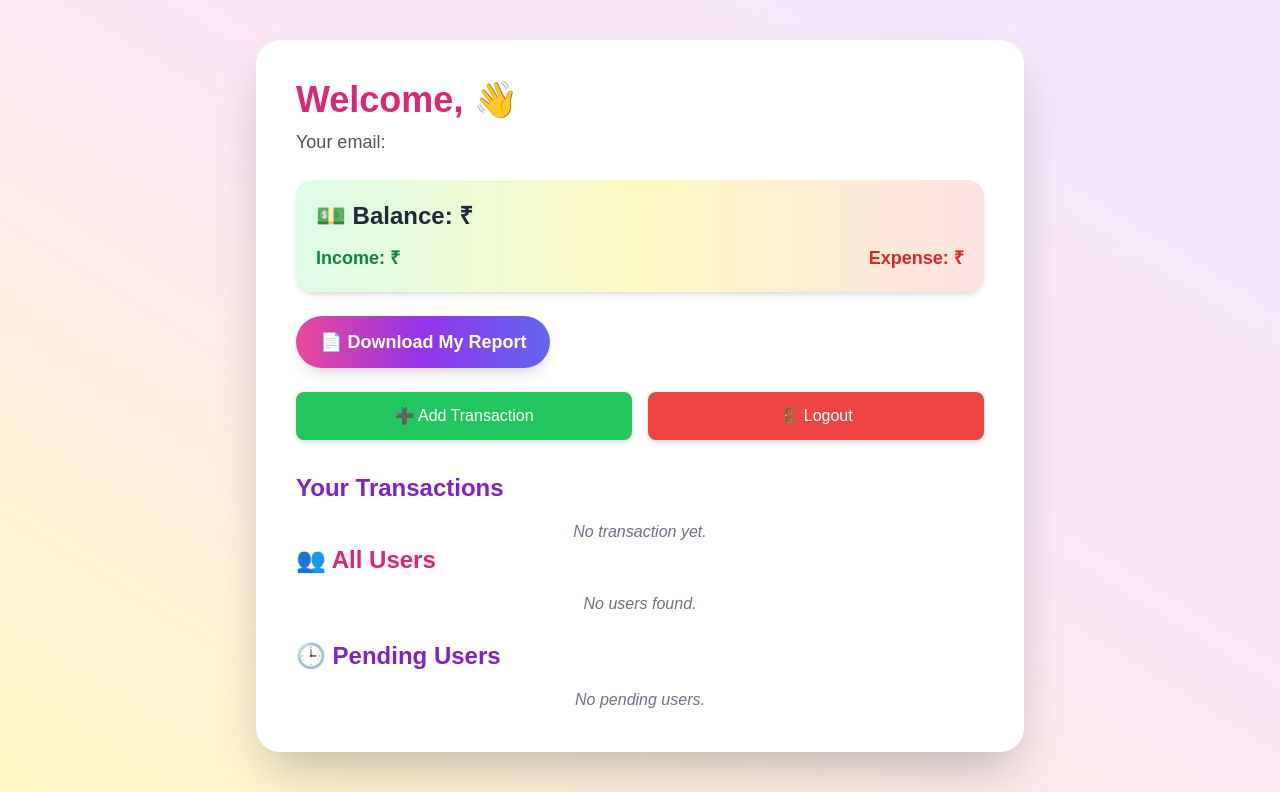
Repository: student-samratojha/ExpenseTrackerApp
Page: views/adminDash.ejs
An editor plug-in stored every save of this project. The page is shown before and after the next save, followed by the edit.
The browser window is 1280 px wide. The pictures show the whole page.
Some web libraries are served in a nearby version. The page is served by the project's Node server (app.js). The template is opened directly, without the code that normally fills it, so the values that code supplies are empty.

Above is the page before, as saved 2025-10-15 18:10:07.

After the next save:
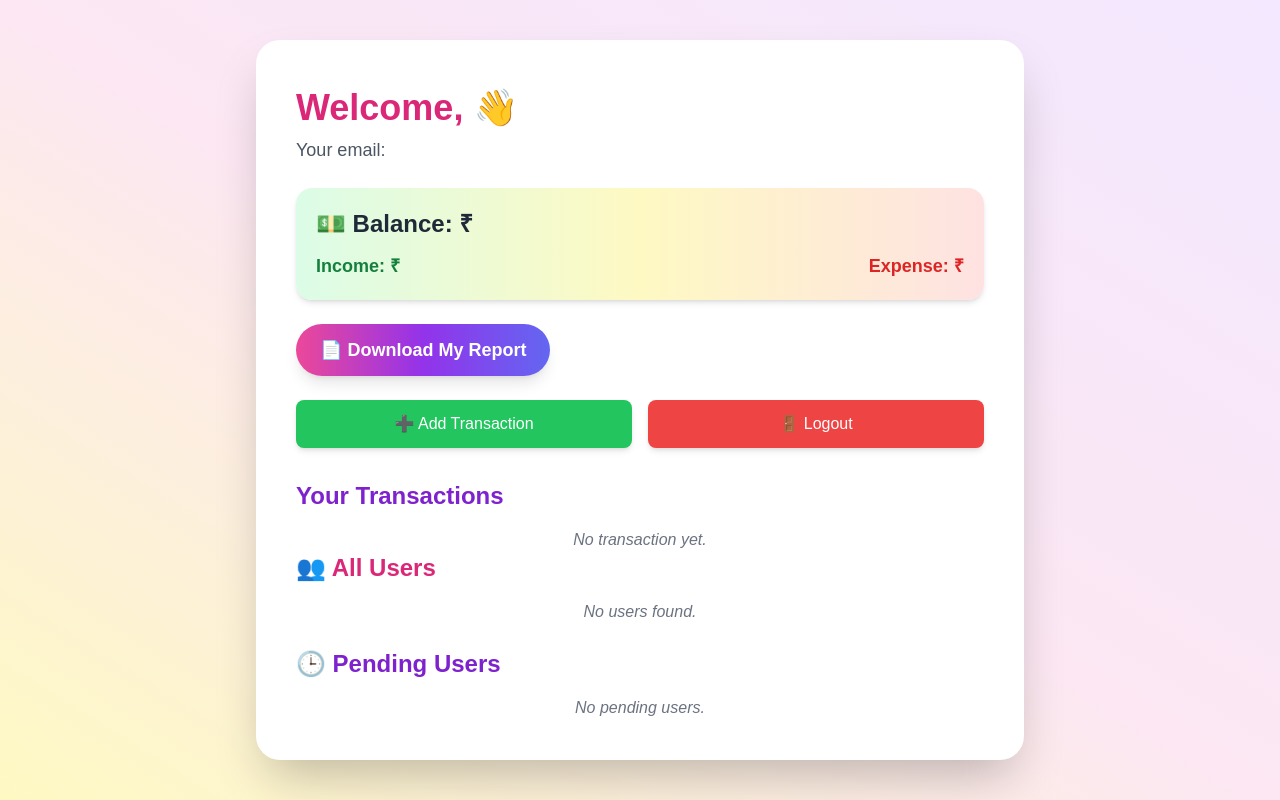
Saved 7 s later.
--- a/views/adminDash.ejs
+++ b/views/adminDash.ejs
@@ -19,7 +19,7 @@
     <div
       class="max-w-full sm:max-w-xl md:max-w-3xl mx-auto bg-white rounded-3xl shadow-2xl p-6 sm:p-8 md:p-10"
     >
-
+    <h2 class="text-3xl sm:text-4xl font-bold text-pink-600 mb-2"></h2>
       <!-- Greeting -->
       <h2 class="text-3xl sm:text-4xl font-bold text-pink-600 mb-2">
         Welcome, <%= admin.userName %> 👋
